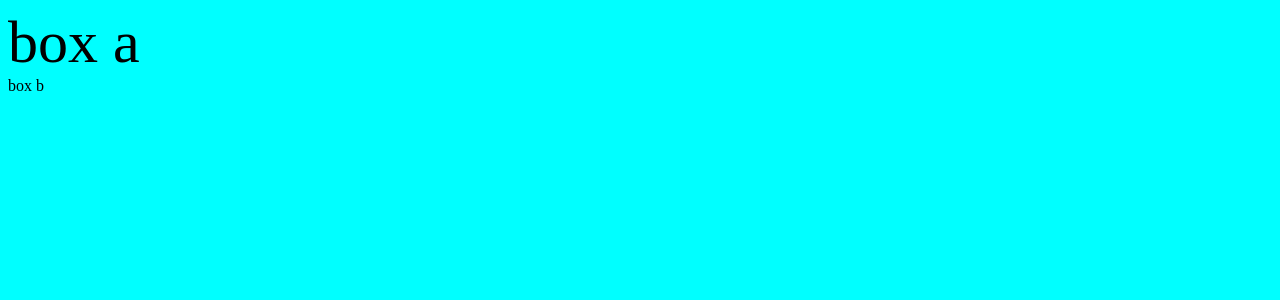
Repository: asifdotpy/testing-html-and-css
Page: index.html
The author's editor kept a copy of each file at every save. The page is drawn from the files as they stood at one save, then again after a run of saves.
The browser window is 1280 px wide. The pictures show the whole page.

Above is the page before, as saved 2021-02-14 00:21:56.

After the next 4 saves:
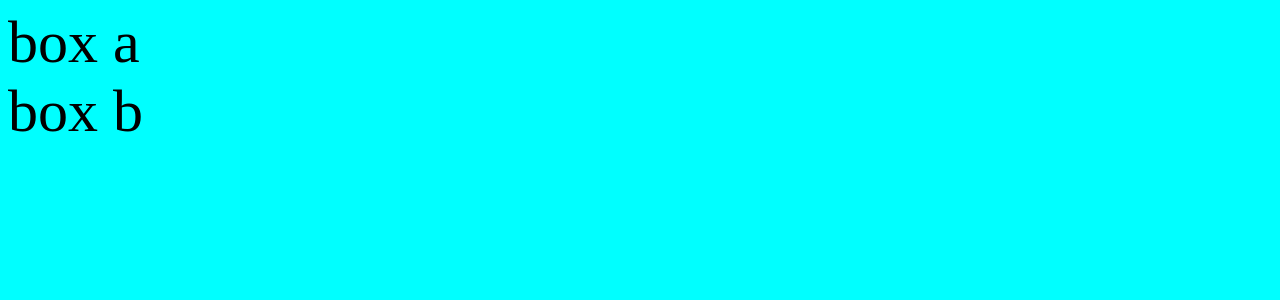
The 4 saves are shown as one change because they came seconds apart.
The last was saved 12 s later.
--- a/main.css
+++ b/main.css
@@ -6,4 +6,6 @@ div.a {
     font-size: 60px;
 }
 
-div
+div.b {
+    font-size: 60px;
+}
